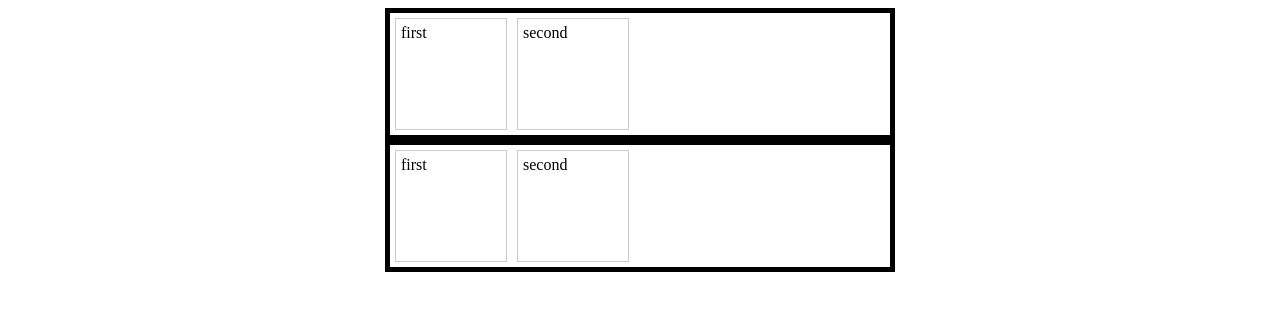
Repository: luna2222/web
Page: 01HTML5/WebContent/[11강]CSS3속성3/11_04_01float1.html
The author's editor kept a copy of each file at every save. The page is drawn from the files as they stood at one save, then again after the next save.
The browser window is 1280 px wide. The pictures show the whole page.

Above is the page before, as saved 2019-02-20 08:24:16.

### 01HTML5/WebContent/[11강]CSS3속성3/11_04_01float1.html
<!DOCTYPE html>
<html>
<head>
<meta charset="UTF-8">
<title>float 1</title>
	<style >
	 	#row1 {
	 	width: 500px; margin: 0 auto;
	 	border: 5px solid; #dddddd;
	 	overflow: hidden;
	 	}
	 	#row1 #first {
	 		width: 100px; height:100px;
	 		float: left;
	 		margin: 5px;
	 		padding: 5px;
	 		border: 1px solid #cccccc;
	 		}
	 	#row1 #second {
	 		width: 100px; height:100px;
	 		float: left;
	 		margin: 5px;
	 		padding: 5px;
	 		border: 1px solid #cccccc;
	 		}
	 	#row2 {
	 		width: 500px; margin:0 auto;
	 		border: 5px solid; #dddddd;
	 	    overflow: hidden;
	 		}
	 	#row2 #first {
	 		width: 100px; height:100px;
	 		float: left;
	 		margin: 5px;
	 		padding: 5px;
	 		border: 1px solid #cccccc;
	 		}
	 	#row2 #second {
	 		width: 100px; height:100px;
	 		float: left;
	 		margin: 5px;
	 		padding: 5px;
	 		border: 1px solid #cccccc;
	 		}
	 </style>
</head>
<body>
	<div id="row1">
		<div id="first">first</div>
		<div id="second">second</div>
		</div>
		<div id="row2">
		<div id="first">first</div>
		<div id="second">second</div>
		</div>
</body>
</html>

After the next save:
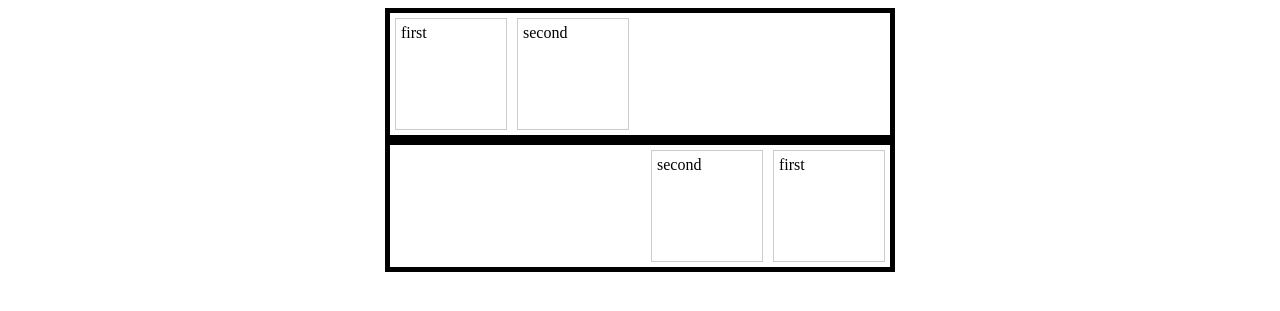
Saved 93 s later.
--- a/01HTML5/WebContent/[11강]CSS3속성3/11_04_01float1.html
+++ b/01HTML5/WebContent/[11강]CSS3속성3/11_04_01float1.html
@@ -30,14 +30,14 @@
 	 		}
 	 	#row2 #first {
 	 		width: 100px; height:100px;
-	 		float: left;
+	 		float: right;
 	 		margin: 5px;
 	 		padding: 5px;
 	 		border: 1px solid #cccccc;
 	 		}
 	 	#row2 #second {
 	 		width: 100px; height:100px;
-	 		float: left;
+	 		float: right;
 	 		margin: 5px;
 	 		padding: 5px;
 	 		border: 1px solid #cccccc;
